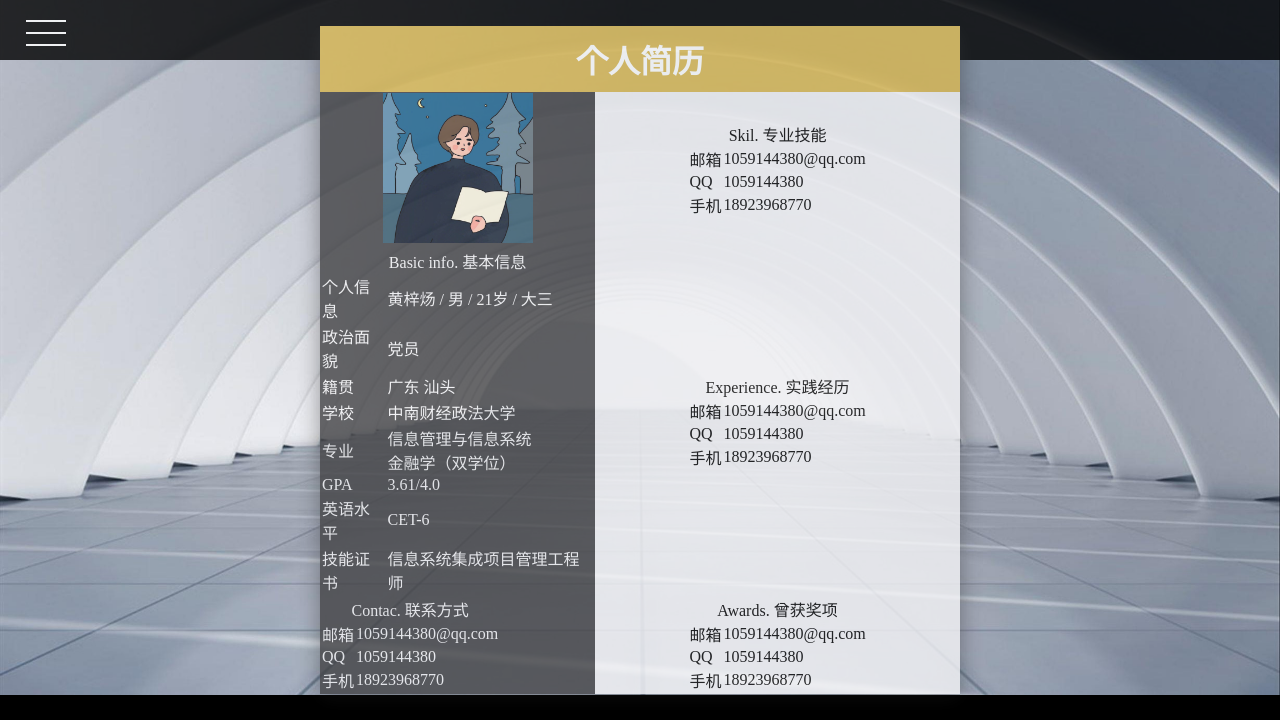
Repository: ustc-hzy/ziYang
Page: resume.html
The author's editor kept a copy of each file at every save. The page is drawn from the files as they stood at one save, then again after the next save.
The browser window is 1280 px wide. The pictures show the whole page.

Above is the page before, as saved 2020-06-18 16:54:21.

After the next save:
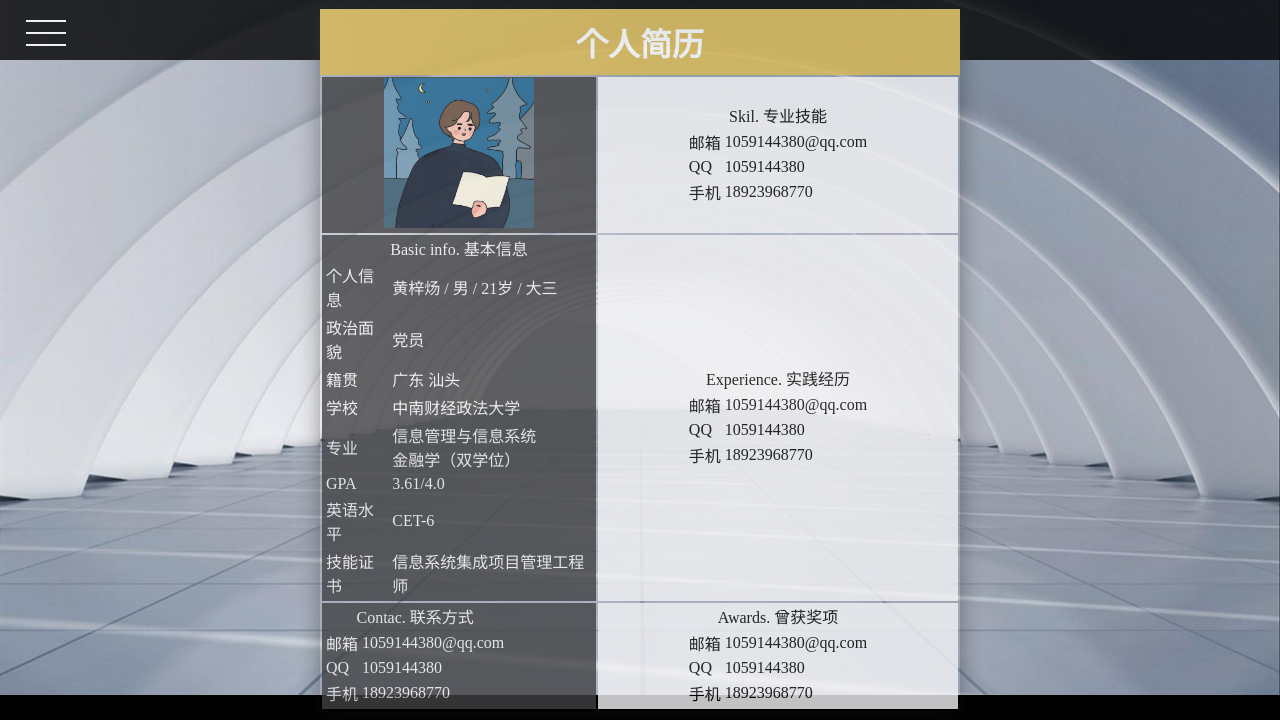
Saved 14 s later.
--- a/css/resume.css
+++ b/css/resume.css
@@ -7,7 +7,7 @@
     box-shadow: 0 5px 20px rgba(26,26,26,0.5);
 }
 table{
-    border-spacing: 0;
+    border-spacing: 5;
 }
 .table-title{
     color: #ffffff;

After the save that followed:
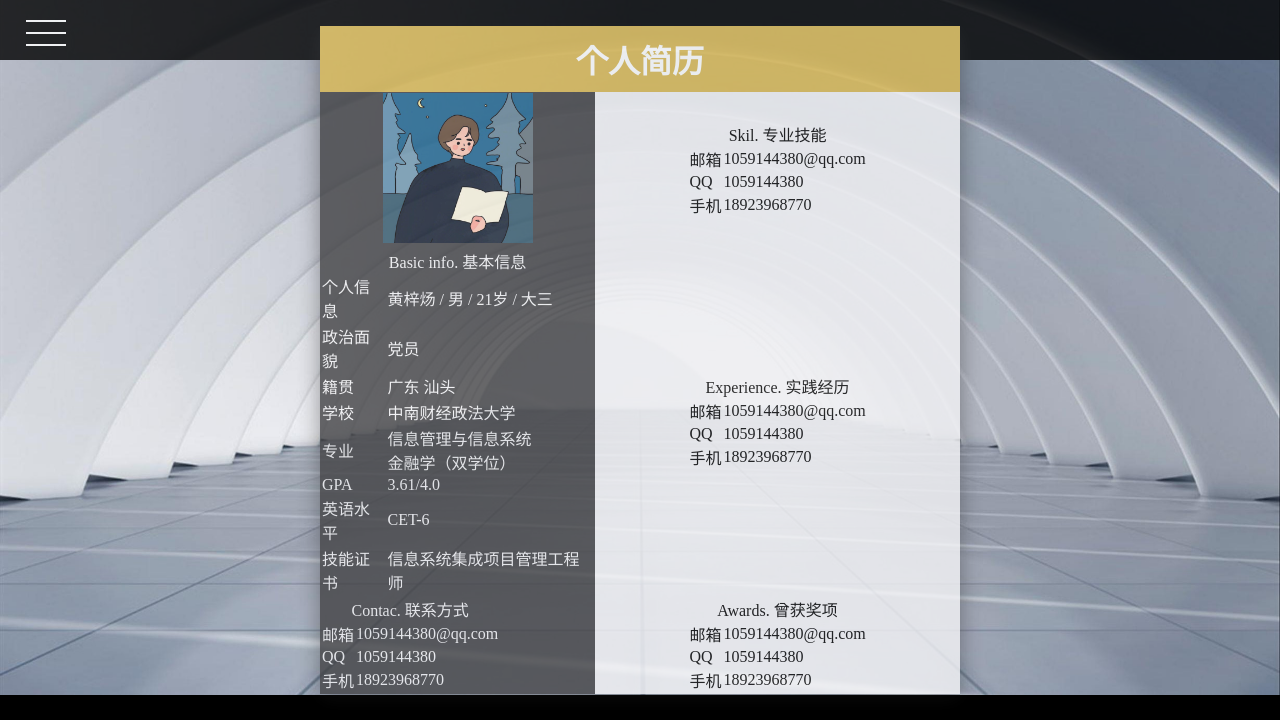
Saved 9 s later.
--- a/css/resume.css
+++ b/css/resume.css
@@ -7,7 +7,7 @@
     box-shadow: 0 5px 20px rgba(26,26,26,0.5);
 }
 table{
-    border-spacing: 5;
+    border-spacing: 0;
 }
 .table-title{
     color: #ffffff;
